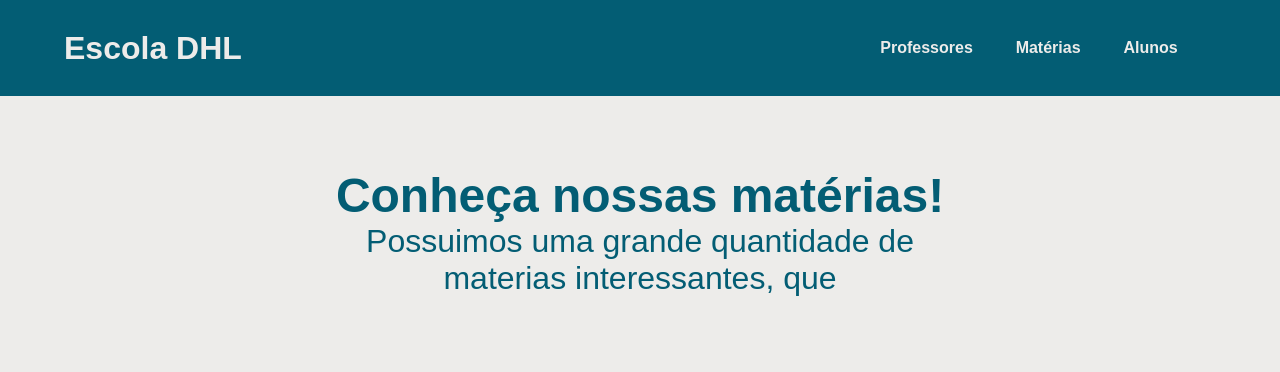
Repository: SirHick/sa-sistema-escola-DHL
Page: front/materias.html
The author's editor kept a copy of each file at every save. The page is drawn from the files as they stood at one save, then again after the next save.
The browser window is 1280 px wide. The pictures show the whole page.

Above is the page before, as saved 2026-07-17 16:23:08.

After the next save:
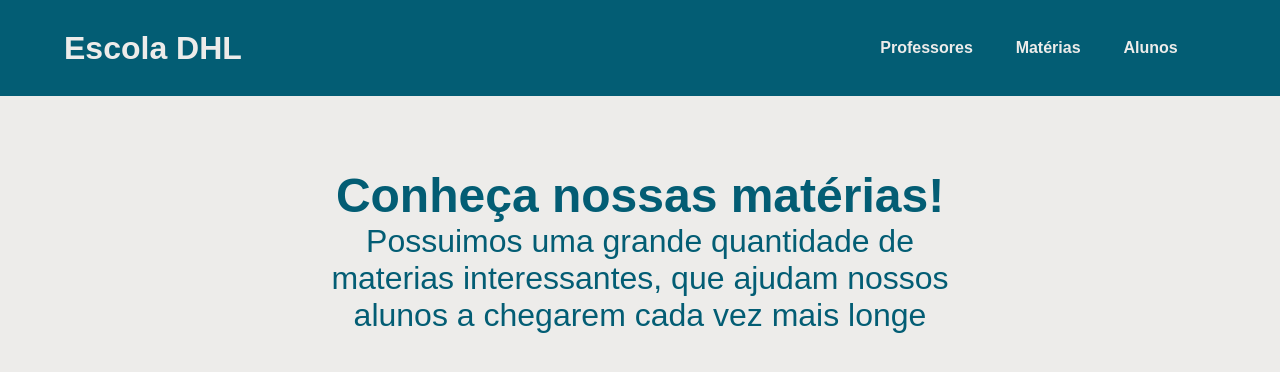
Saved 15 s later.
--- a/front/materias.html
+++ b/front/materias.html
@@ -23,7 +23,7 @@
             <h2>Conheça nossas matérias!</h2>
 
             <p>Possuimos uma grande quantidade de materias interessantes, que
-
+                ajudam nossos alunos a chegarem cada vez mais longe
             </p>
     </section>
 
